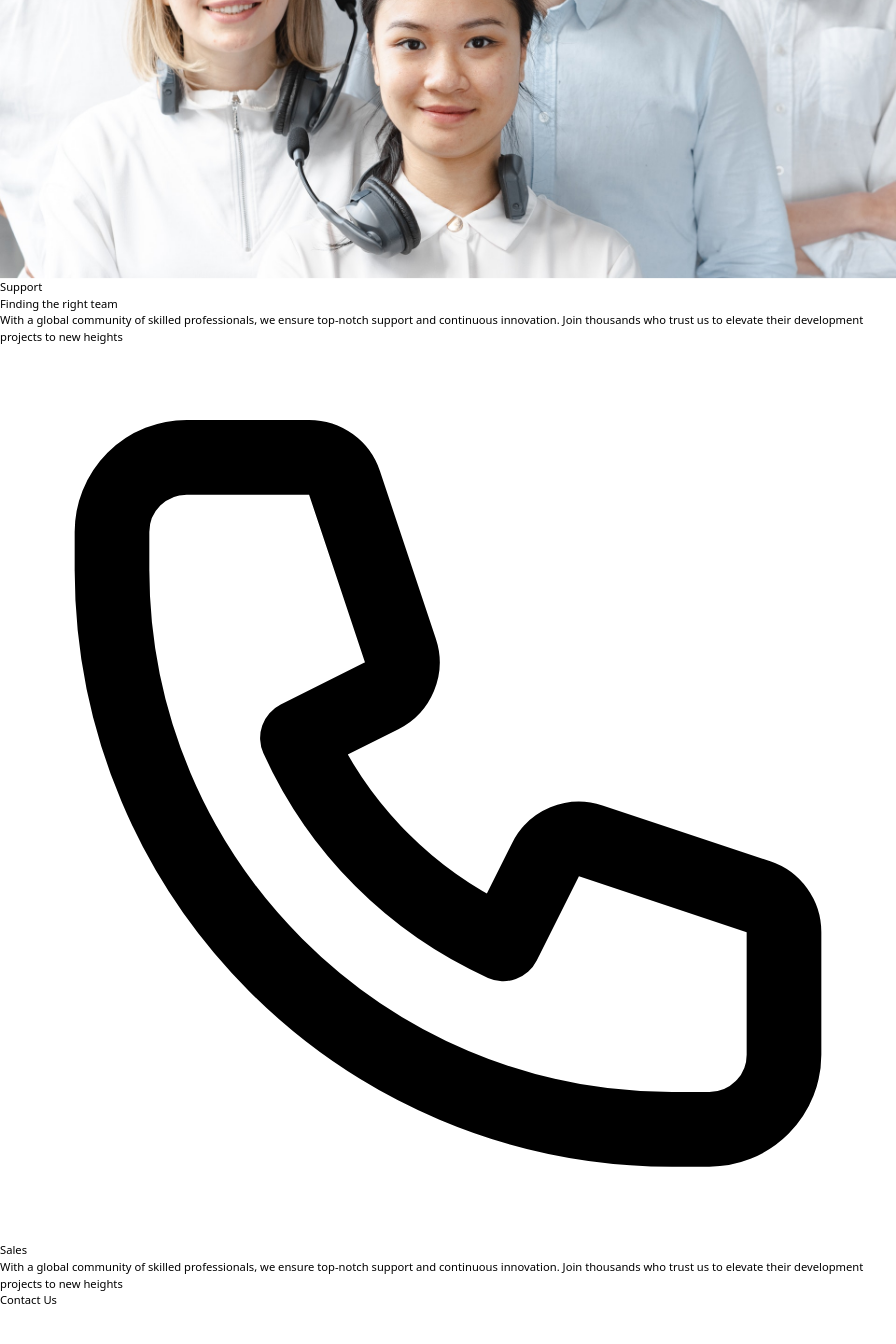
Repository: adrcstro/react-project-2
Page: /
The author's editor kept a copy of each file at every save. The page is drawn from the files as they stood at one save, then again after the next save.
The browser window is 1280 px wide. The pictures show the part of the page from y = 1726 to 3646 px (the page is 4875 px tall before and 4722 px after), at 70% of full size.
The project was rebuilt for these pictures with package versions that can differ from the ones it lists, and the page was loaded fresh each time.

Above is the page before, as saved 2024-08-15 20:21:34.

### src/index.js
import React from 'react';
import ReactDOM from 'react-dom/client';
import './index.css';
import App from './App';

const root = ReactDOM.createRoot(document.getElementById('root'));
root.render(

    <App />

);

### src/index.css
@tailwind base;
@tailwind components;
@tailwind utilities;

@layer base{
    li{
       @apply p-4
    }
    button{
        @apply text-white border bg-indigo-600 border-indigo-600
        hover:bg-transparent hover:text-indigo-600 rounded-md
    }
}

### src/App.js
import About from "./components/About";
import Hero from "./components/Hero";
import Navbar from "./components/Navbar";
import Support from "./components/Support";



function App() {
  return (
    <>
<Navbar/>
<Hero/>
<About />
<Support />
    </>

  );
}

export default App;

### src/components/About.jsx
import React from 'react'

function About() {
  return (
    <div className='w-full my-32'>
        <div className='max-w-[1240px] mx-auto'>
          <div className='text-center'>
            <h2 className='text-5xl font-bold'>Trusted by developers across the world</h2>
            <p className='text-3xl py6 text-gray-500 px-3'>Trusted by developers across the world, our platform stands as a reliable choice for building robust
             applications. With a global community of skilled professionals.</p>
          </div>

          <div className='grid md:grid-cols-3 gap-3 px-2 text-center mt-4'>
             <div className='border py-8 rounded-xl shadow-xl'>
              <p className='text-6xl font-bold text-indigo-600'>100%</p>
              <p className='text-gray-400 mt-2'>Completion</p>
             </div>
             <div className='border py-8 rounded-xl shadow-xl'>
              <p className='text-6xl font-bold text-indigo-600'>24/7</p>
              <p className='text-gray-400 mt-2'>Delivery</p>
             </div>
             <div className='border py-8 rounded-xl shadow-xl'>
              <p className='text-6xl font-bold text-indigo-600'>100K</p>
              <p  className='text-gray-400 mt-2'>Transaction</p>
             </div>
          </div>
        </div>
    </div>
  )
}

export default About

### src/components/Hero.jsx
import React from 'react'
import {
  CloudUploadIcon,
  DatabaseIcon,
  PaperAirplaneIcon,
  ServerIcon,
} from '@heroicons/react/solid'

import bgImg from '../assets/cyber-bg.png'

function Hero() {
  return (
    <div className='w-full h-screen bg-zinc-200 flex flex-col justify-between'>
<div className='grid md:grid-cols-2 max-w-[1240px] m-auto'>
       <div className='flex flex-col justify-center md:items-start w-full px-2 py-8'>
        <p className='text-2xl'>Unique Sequencing & Production</p>
        <h1 className='py-3 text-5xl md:text-7xl font-bold'>Cloud Management</h1>
        <p className='text-2xl'>This is our Tech brand</p>
        <button className='py-3 px-6 sm:w-[60%] my-4 '>Get Started</button>
       </div>
       <div>
    <img className='w-full' src={bgImg} alt='/' />
       </div>
<div className='absolute flex flex-col py-8 md:min-w-[760px] bottom-[5%] mx-1 md:left-1/2
transform md:-translate-x-1/2 bg-zinc-200 border border-slate-300 rounded-xl text-center shadow-xl'>
  <p>Data Services</p>
  <div className='flex justify-between flex-wrap px-4'>
    <p className='flex px-4 py-2 text-slate-500'><CloudUploadIcon className='h-6 text-indigo-600' /> App Security</p>
    <p className='flex px-4 py-2 text-slate-500'><DatabaseIcon className='h-6 text-indigo-600' /> Dashboard</p>
    <p className='flex px-4 py-2 text-slate-500'><PaperAirplaneIcon className='h-6 text-indigo-600' /> Cloud Data</p>
    <p className='flex px-4 py-2 text-slate-500'><ServerIcon className='h-6 text-indigo-600' /> API</p>
  </div>
</div>
</div>
    </div>
  )
}

export default Hero

### src/components/Navbar.jsx
import React ,{useState} from 'react'
import {MenuIcon, XIcon} from '@heroicons/react/outline'

function Navbar() {

const [nav, setNav] = useState(false)
const handleClick = () => setNav(!nav)



  return (
    <div className='w-screen h-[80px] z-10 bg-zinc-200 fixed drop-shadow-lg'>
    <div className='px-2 flex justify-between items-center  w-full h-full'>
<div className='flex items-center'>
  <h1 className='text-3xl font-bold mr-4 sm:text-4xl'>BRANS.</h1>
  <ul className='hidden  md:flex'>
<li>Home</li>
<li>About</li>
<li>Support</li>
<li>Platforms</li>
<li>Pricing</li>
  </ul>
</div>
<div className='hidden md:flex pr-4'>
  <button className='border-none bg-transparent text-black mr-4'>Sign In</button>
  <button className='px-8 py-3'>Sign Up</button>
</div>

    <div  className='md:hidden' onClick={handleClick}>
    {!nav ? <MenuIcon className="w-5"/> : <XIcon className='w-5'/>}

    </div>
    </div>
<ul className={!nav ? 'hidden' : 'absolute bg-zinc-200 w-full px-8'}>
<li className='border-b-2 border-zinc-300 w-full'>Home</li>
<li className='border-b-2 border-zinc-300 w-full'>About</li>
<li className='border-b-2 border-zinc-300 w-full'>Support</li>
<li className='border-b-2 border-zinc-300 w-full'>Platforms</li>
<li className='border-b-2 border-zinc-300 w-full'>Pricing</li>
<div className='flex flex-col my-4'>
<button className='bg-transparent  text-indigo-600 px-8 py-3 mb-4'>Sign In</button>
<button className='px-8 py-3'>Sign Up</button>
</div>
</ul>

    </div>

  )
}

export default Navbar

### src/components/Support.jsx
import React from 'react'
import {PhoneIcon, ArrowSmRightIcon} from '@heroicons/react/outline';
import {ChipIcon, SupportIcon} from '@heroicons/react/solid'

import supportImg from '../assets/support.jpg'
function Support() {
  return (
    <div className='w-full h-screen mt-24'>
        <div>
            <img src={supportImg} alt='/' />
        </div>
        <div>
            <div>
                <h2>Support</h2>
                <h3>Finding the right team</h3>
                <p>With a global community of skilled professionals, we ensure top-notch support and continuous innovation. Join thousands
                 who trust us to elevate their development projects to new heights</p>
            </div>

            <div>
                 <div>
                    <PhoneIcon/>
                    <h3>Sales</h3>
                    <p>With a global community of skilled professionals, we ensure top-notch support and continuous innovation. Join thousands who trust us to elevate their development projects to new heights</p>
                 </div>
                 <div>
                    <p>Contact Us <ArrowSmRightIcon/> </p>
                 </div>
            </div>
        </div>
    </div>
  )
}

export default Support

Loaded but not shown: public/index.html (common file); tailwind.config.js (common file)

After the next save:
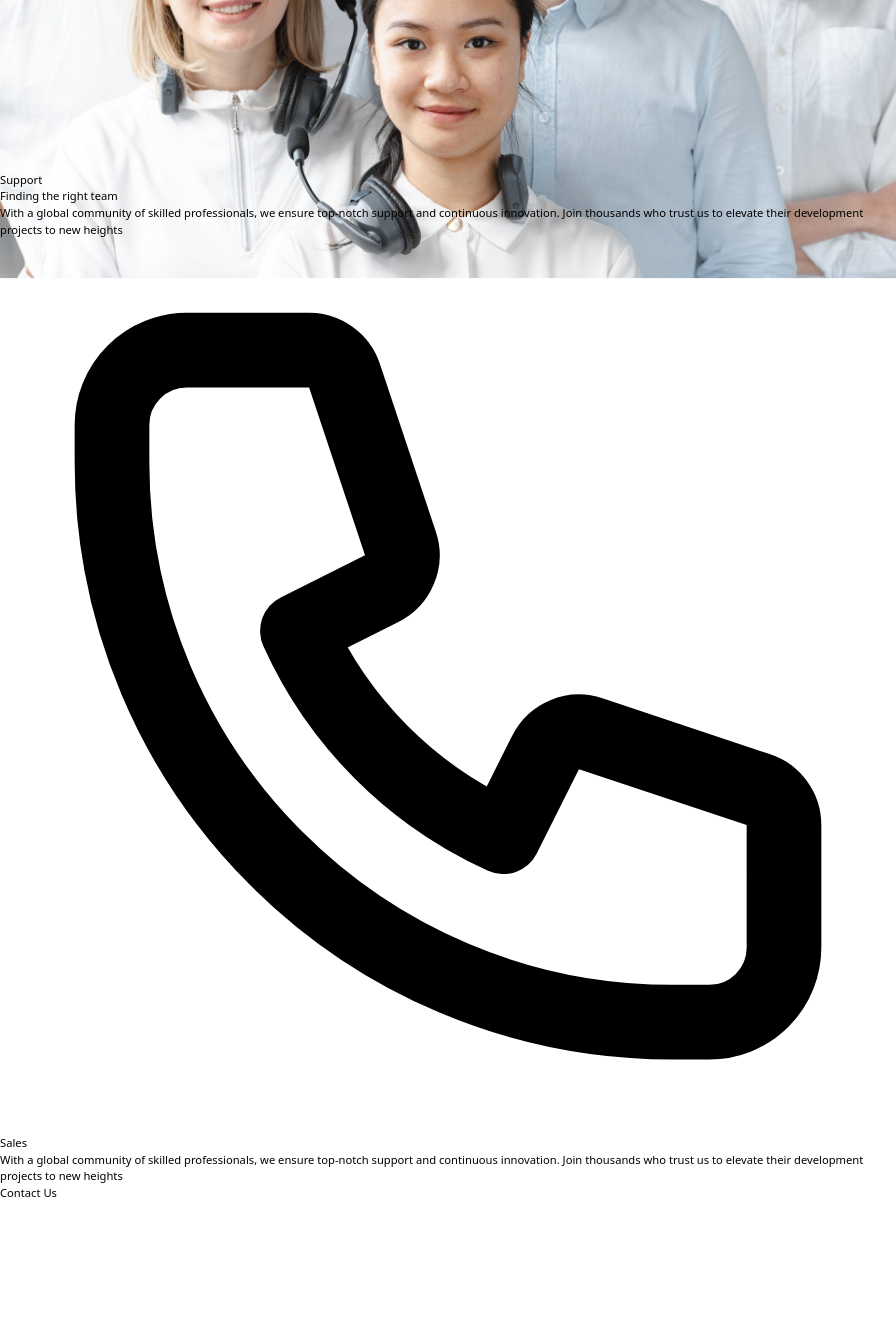
Saved 20 s later.
--- a/src/components/Support.jsx
+++ b/src/components/Support.jsx
@@ -6,7 +6,7 @@ import supportImg from '../assets/support.jpg'
 function Support() {
   return (
     <div className='w-full h-screen mt-24'>
-        <div>
+        <div className='w-full h-[700px]'>
             <img src={supportImg} alt='/' />
         </div>
         <div>
